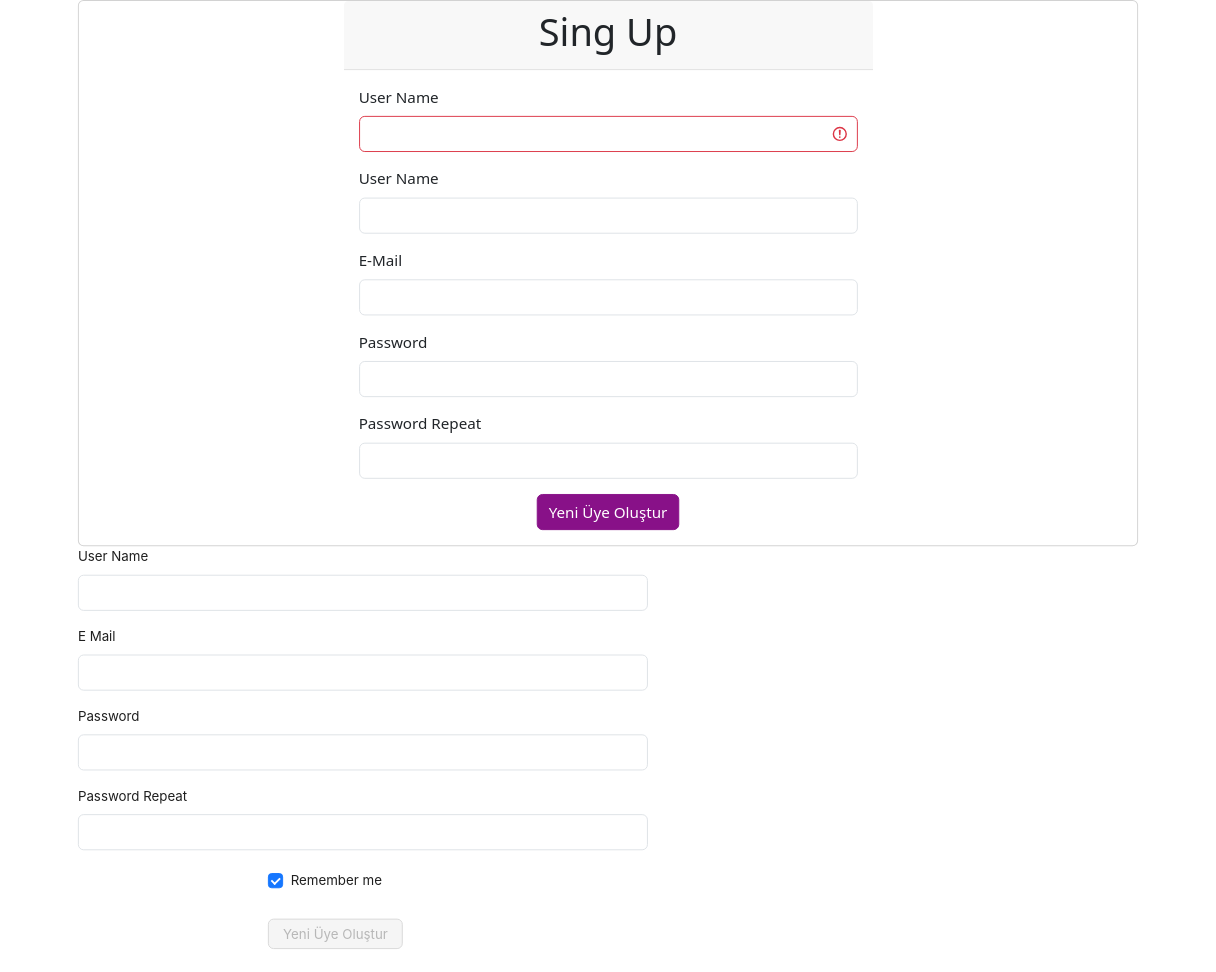
Repository: gursoyfahrettin20/startupProjectWeb
Page: /
These files come from the project's save history. The page is drawn as it stood at one moment and after the next save; the edit follows.
The browser window is 1280 px wide. The pictures show the whole page, at 95% of full size.
The project was rebuilt for these pictures with package versions that can differ from the ones it lists, and the page was loaded fresh each time. Also part of the build but not shown: vite.config.js.

Above is the page before, as saved 2024-01-17 00:34:11.

After the next save:
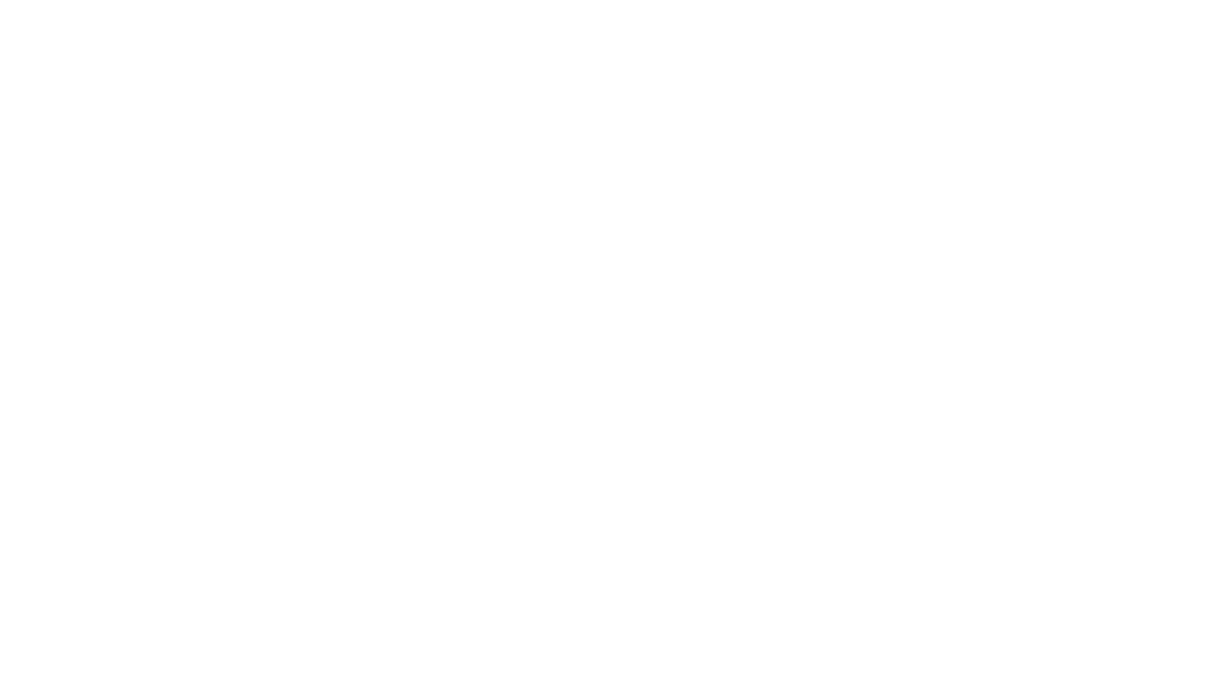
Console error: TypeError: Cannot read properties of undefined (reading 'username')
Saved 88 s later.
--- a/src/components/formItem/formItem.jsx
+++ b/src/components/formItem/formItem.jsx
@@ -7,7 +7,7 @@
     return (
         <div className='mb-3'>
             <label className='form-label' htmlFor={name}> {label} </label>
-            <input id={name} autoComplete={autoComplete ? autoComplete : false} className={errors ? 'form-control is-invalid' : 'form-control'} type={type ? type : "text"} onChange={onChange} />
+            <input id={name} aria-autocomplete='false' autoComplete={autoComplete ? autoComplete : false} className={errors[name] ? 'form-control is-invalid' : 'form-control'} type={type ? type : "text"} onChange={onChange} />
         </div>
     );
 }

After the 4 saves that followed:
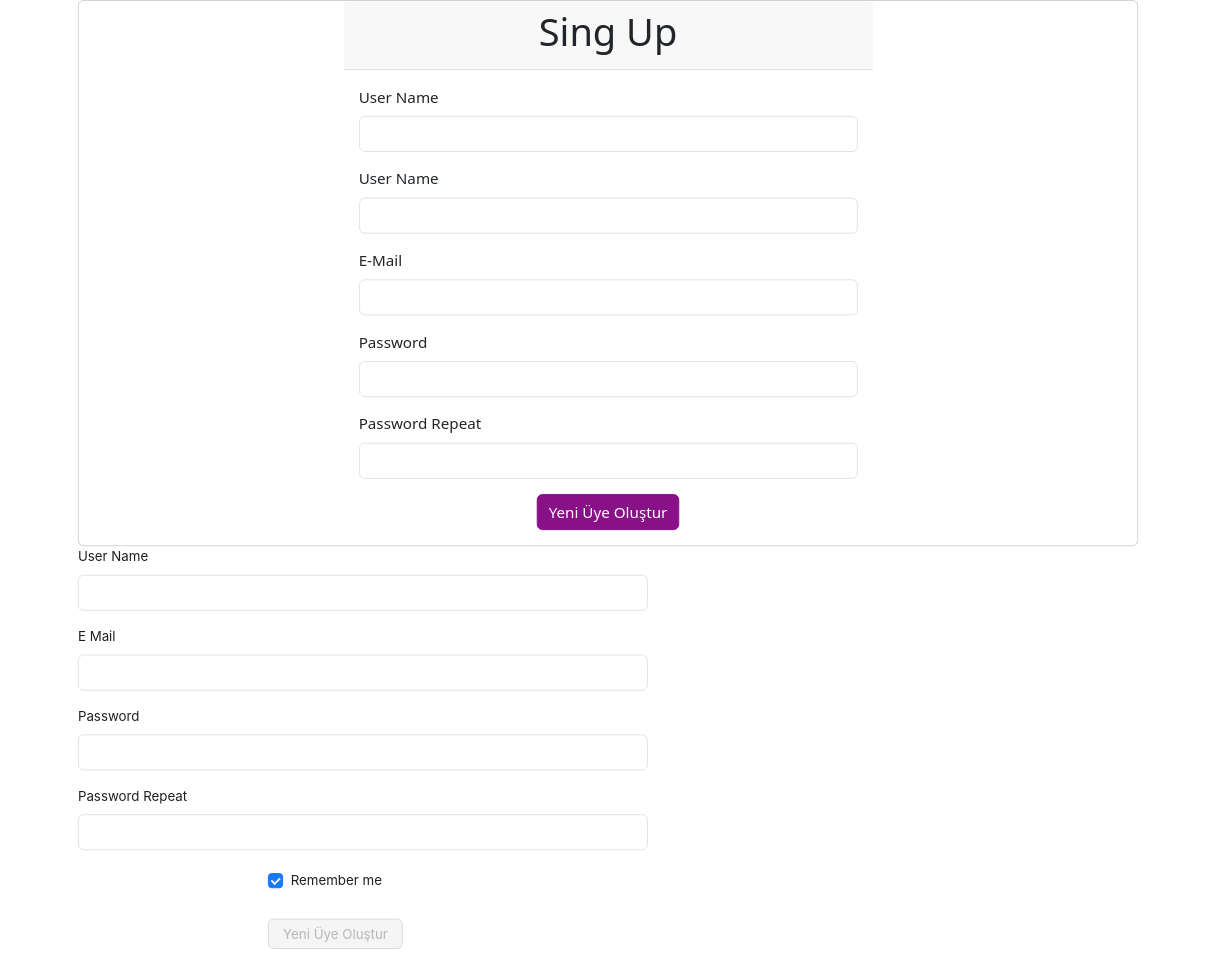
The error is gone.
The 4 saves are shown as one change because 1 did not build or start and 1 left the picture as it was and some came seconds apart.
The last was saved 61 s later.
--- a/src/components/formItem/formItem.jsx
+++ b/src/components/formItem/formItem.jsx
@@ -7,7 +7,7 @@
     return (
         <div className='mb-3'>
             <label className='form-label' htmlFor={name}> {label} </label>
-            <input id={name} aria-autocomplete='false' autoComplete={autoComplete ? autoComplete : false} className={errors[name] ? 'form-control is-invalid' : 'form-control'} type={type ? type : "text"} onChange={onChange} />
+            <input id={name} autoComplete={autoComplete ? autoComplete : false} className={errors?.[name] ? 'form-control is-invalid' : 'form-control'} type={type ? type : "text"} onChange={onChange} />
         </div>
     );
 }
